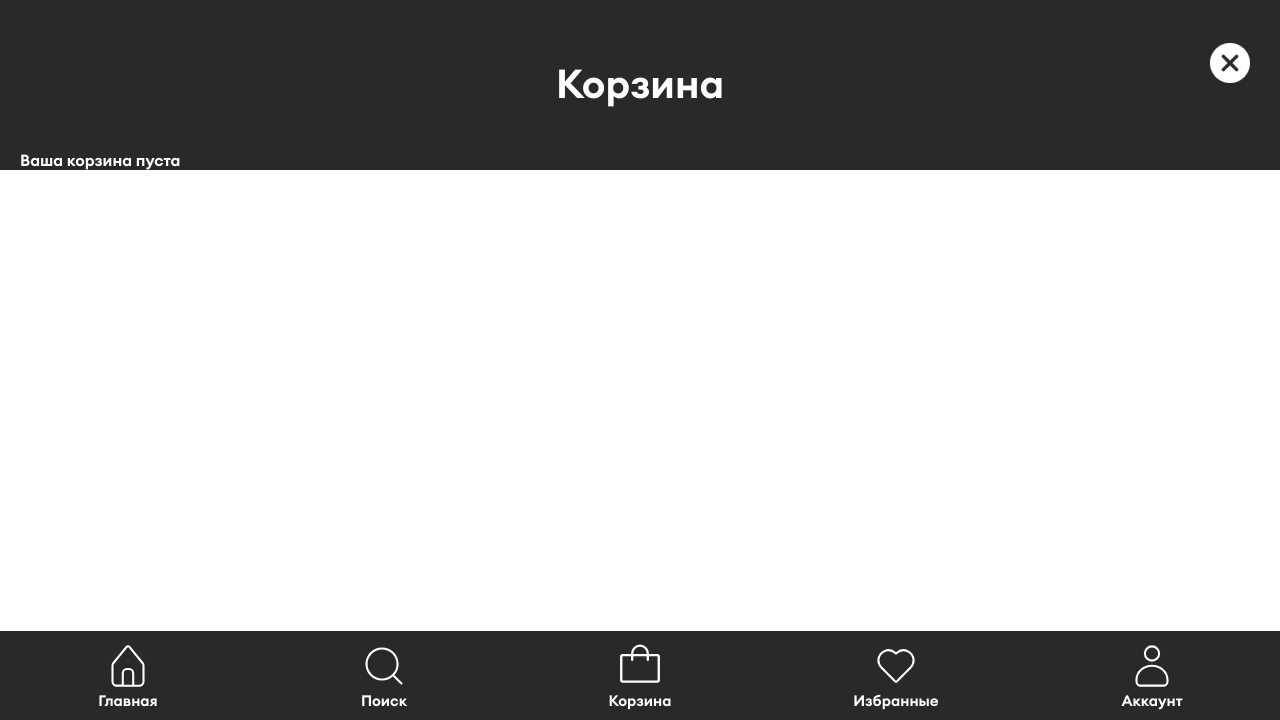
Repository: muslmoney/click-miniapp
Page: /cart
These files come from the project's save history. The page is drawn as it stood at one moment and after a run of saves; the edit follows.
The browser window is 1280 px wide. The pictures show the whole page.
The project was rebuilt for these pictures with package versions that can differ from the ones it lists, and the page was loaded fresh each time. Also part of the build but not shown: vite.config.js, src/components/ProductCard/productCard.module.css, src/components/ProductCard/ProductCard.jsx.

Above is the page before, as saved 2025-02-02 00:52:01.

After the next 3 saves:
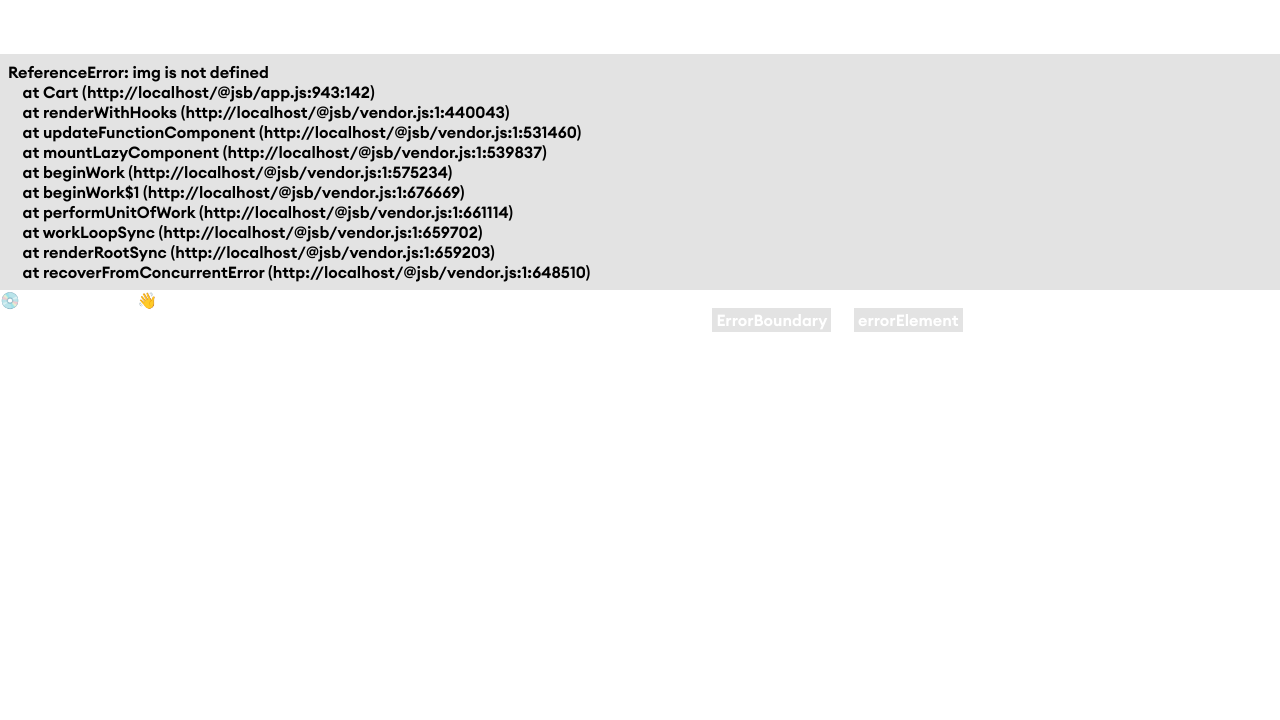
Console error: ReferenceError: img is not defined
The 3 saves are shown as one change because they came seconds apart.
The last was saved 105 s later.
--- a/src/pages/Cart/Cart.jsx
+++ b/src/pages/Cart/Cart.jsx
@@ -11,8 +11,8 @@
 
       <div className={styles.cartItems}>
         {cart.length === 0 ? (
-          <p>Ваша корзина пуста</p>
-        ) : (
+img
+) : (
           cart.map((product) => (
             <InCart
               key={product.id}

After the 2 saves that followed:
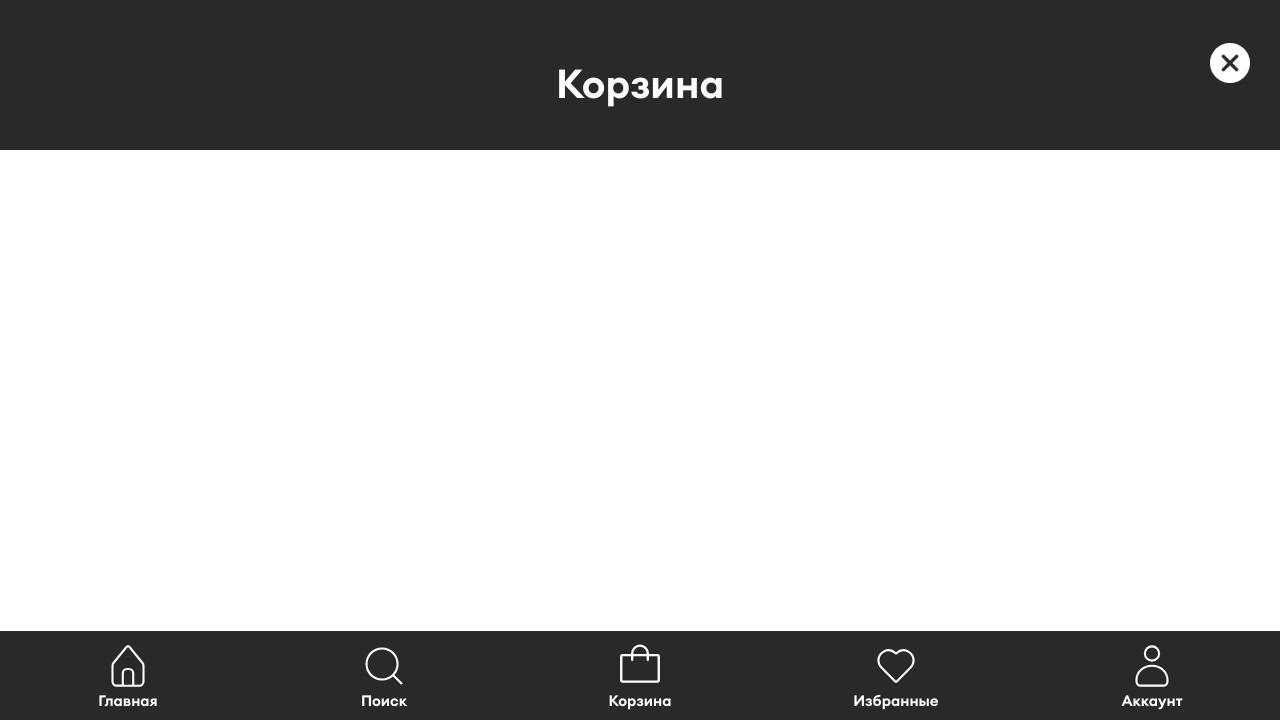
The error is gone.
The 2 saves are shown as one change because they came seconds apart.
The last was saved 8 s later.
--- a/src/pages/Cart/Cart.jsx
+++ b/src/pages/Cart/Cart.jsx
@@ -11,7 +11,7 @@
 
       <div className={styles.cartItems}>
         {cart.length === 0 ? (
-img
+<img src="/" alt="" />
 ) : (
           cart.map((product) => (
             <InCart
